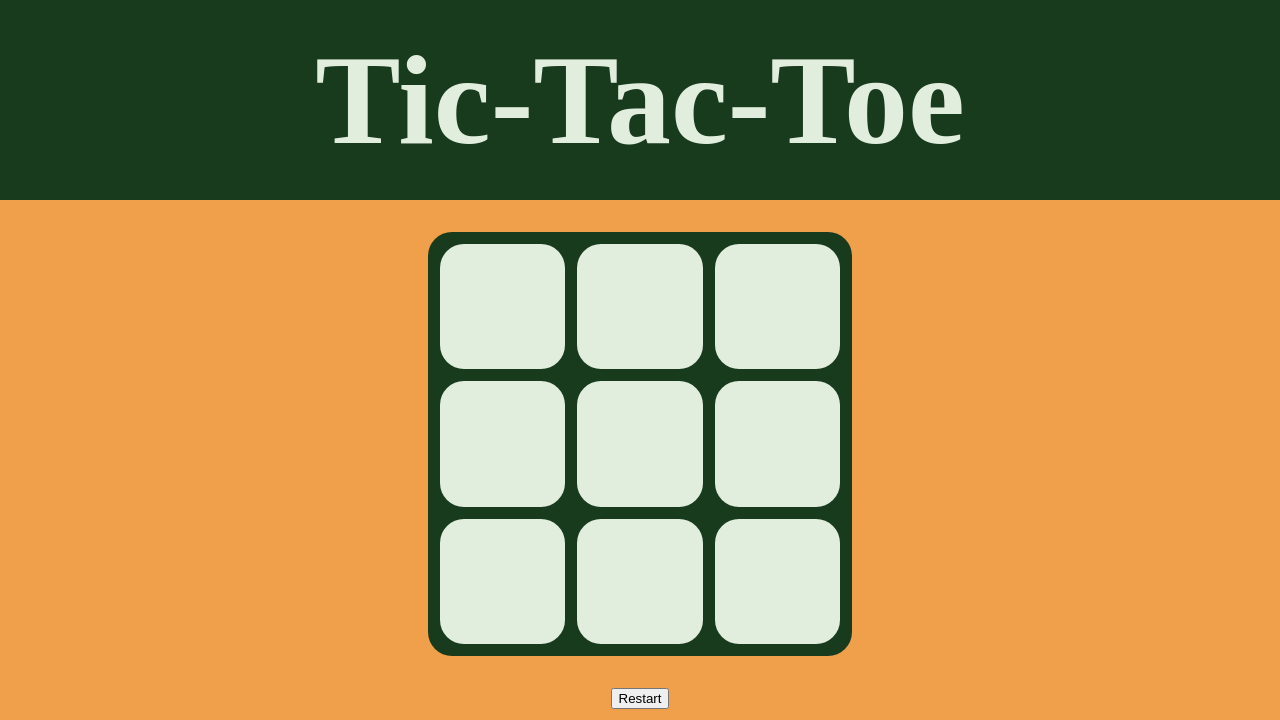
Repository: yeetzpxoci/tic-tac-toe
Page: index.html
These files come from the project's save history. The page is drawn as it stood at one moment and after a run of saves; the edit follows.
The browser window is 1280 px wide. The pictures show the whole page.

Above is the page before, as saved 2023-02-23 18:45:46.

### index.html
<!DOCTYPE html>
<html lang="en">
<head>
    <meta charset="UTF-8">
    <meta http-equiv="X-UA-Compatible" content="IE=edge">
    <meta name="viewport" content="width=device-width, initial-scale=1.0">
    <title>Tic Tac Toe</title>
    <link rel="stylesheet" type="text/css" href="styles.css" />
</head>
<body>
    <div class="header">
        Tic-Tac-Toe
    </div>
    <div class="board">
        <div class="square" data-index=0></div>

        <div class="square" data-index=1></div>

        <div class="square" data-index=2></div>

        <div class="square" data-index=3></div>

        <div class="square" data-index=4></div>

        <div class="square" data-index=5></div>

        <div class="square" data-index=6></div>

        <div class="square" data-index=7></div>

        <div class="square" data-index=8></div>
    </div>

    <button id="restart" onclick="game.restartGame()">Restart</button>
<script src="script.js"></script>
</body>
</html>

### styles.css
html, body {
    margin: 0;
    padding: 0;
    font-family: 'Tilt Warp', cursive;
}

body {
    display: flex;
    flex-direction: column;
    justify-content: center;
    align-items: center;
    min-width: 100vh;
    gap: 32px;
    background-color: #F0A04B;
}

.header {
    display: flex;
    justify-content: center;
    align-items: center;
    background-color: #183A1D;
    width: 100%;
    height: 200px;
    color: #E1EEDD;
    font-size: 128px;
    font-weight: bold;
}

.board {
    height: 400px;
    width: 400px;
    background-color: #183A1D;
    border-radius: 24px;
    border-width: 0px;
    padding: 12px;
    gap: 12px;
    font-size: 96px;
    font-family: Arial, Helvetica, sans-serif;
    font-weight: bolder;
    display: grid;
    grid-template-columns: repeat(3, 1fr);
    grid-template-rows: repeat(3, 1fr);
    user-select: none;
}

.square {
    display: flex;
    justify-content: center;
    align-items: center;
    background-color: #E1EEDD;
    border-radius: 24px;
    border-width: 0px;
}

### script.js
const squares = document.getElementsByClassName("square");

const gameBoard = (() => {
    let gameBoard = ["", "", "", "", "", "", "", "", ""];

    const atIndex = (index) => {
        return gameBoard[index];
    }

    const playOn = (index, symbol) => {
        gameBoard[index] = symbol;
    }

    const resetBoard = () => {
        for (let i = 0; i < gameBoard.length; i++) {
            gameBoard[i] = "";
        }
    }

    const winner = (x, y, z) => {
        if ((gameBoard[x] === gameBoard[y]) && ((gameBoard[y] === gameBoard[z]) && (gameBoard[z] === "X"))
            || (gameBoard[x] === gameBoard[y]) && ((gameBoard[y] === gameBoard[z]) && (gameBoard[z] === "O"))) {
            return true;
        } else {
            return false;
        }
    }

    const checkWinner = () => {
        return winner(0, 1, 2)  // check for 3-in-a-row horizontally
            || winner(3, 4, 5)
            || winner(6, 7, 8)
            || winner(0, 3, 6)  // check for 3-in-a-row vertically
            || winner(1, 4, 7)
            || winner(2, 5, 8)
            || winner(0, 4, 8)  // check for 3-in-a-row diagonally
            || winner(6, 4, 2)
    }

    return {
        gameBoard, atIndex, playOn, resetBoard, winner, checkWinner
    };
})();

const players = (symbol) => {
    const play = (index) => gameBoard.playOn(index, symbol);
    return {
        symbol, play
    };
};

const game = (() => {
    let turn = "X";

    const playRound = (e) => {
        if (gameBoard.atIndex(e.currentTarget.dataset.index) === "") {
            players(turn).play(e.currentTarget.dataset.index);
            displayController.renderBoard();
            if (turn === "X") {
                turn = "O";
            } else {
                turn = "X";
            }
            if (gameBoard.checkWinner()) {
                displayController.disableSquares();
                alert("winner!");
            }
        }
    }

    const restartGame = () => {
        turn = "X";
        gameBoard.resetBoard();
        displayController.renderBoard();
        displayController.enableSquares();
    }

    return {
        turn, playRound, restartGame
    };
})();

const displayController = (() => {
    const renderBoard = () => {
        for (let i = 0; i < gameBoard.gameBoard.length; i++) {
            squares[i].innerHTML = gameBoard.gameBoard[i];
        }
    }

    const enableSquares = () => {
        for (let i = 0; i < squares.length; i++) {
            squares[i].addEventListener("click", game.playRound);
        }
    }

    const disableSquares = () => {
        for (let i = 0; i < squares.length; i++) {
            squares[i].removeEventListener("click", game.playRound);
        }
    }

    return {
        renderBoard, enableSquares, disableSquares
    }
})();

displayController.enableSquares();

After the next 2 saves:
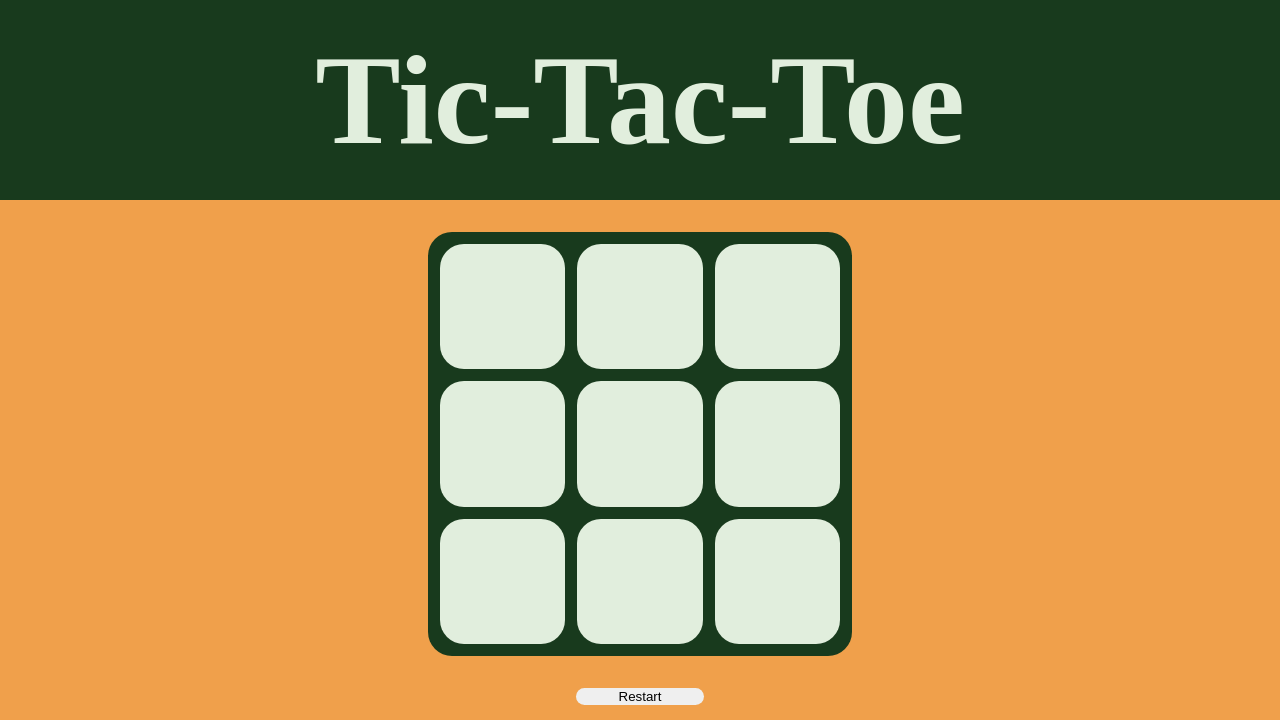
The 2 saves are shown as one change because they came seconds apart.
The last was saved 39 s later.
--- a/styles.css
+++ b/styles.css
@@ -51,3 +51,9 @@ body {
     border-radius: 24px;
     border-width: 0px;
 }
+
+#restart {
+    width: 128px;
+    border-radius: 24px;
+    border-width: 0px;
+}
